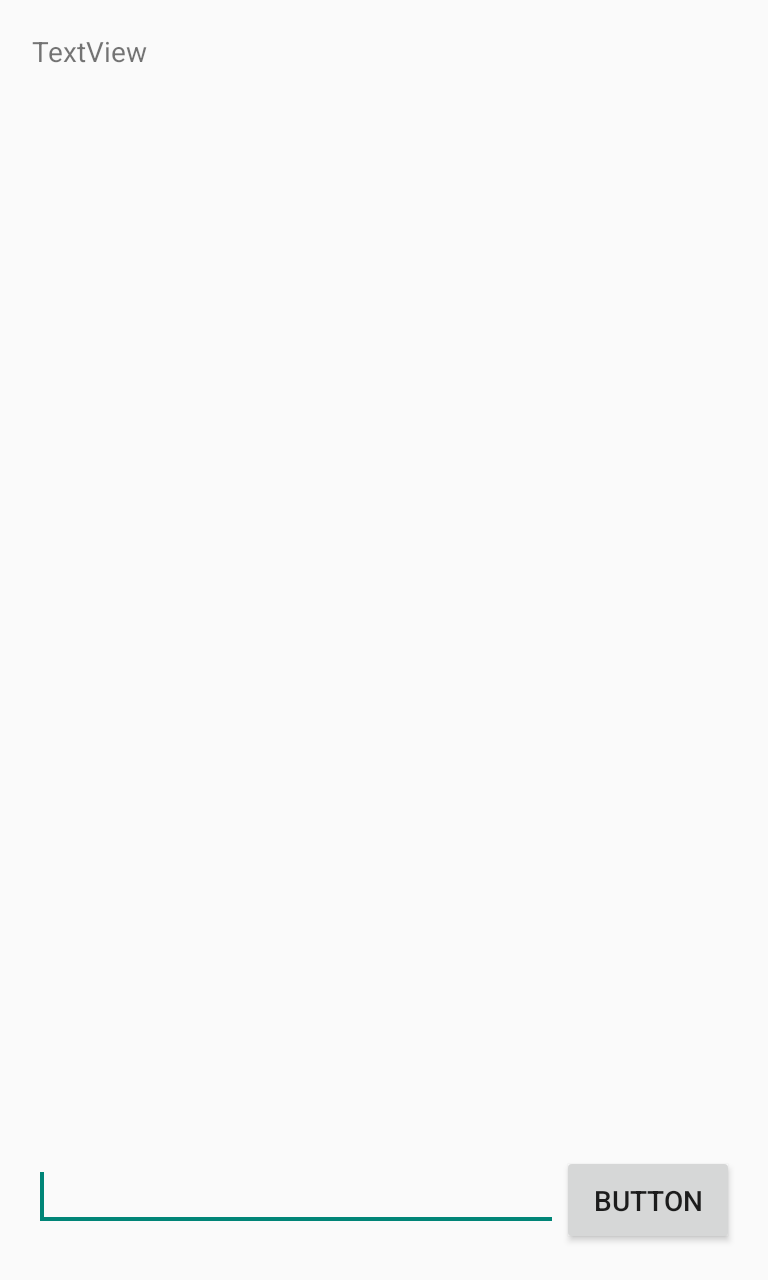
Repository: mg-badman/SPCS11
Layout: softproj_app_final/softwProj/res/layout/activity_main.xml
These files come from the project's save history. The layout is drawn as it stood at one moment and after the next save; the edit follows.
It is drawn on a 768 x 1280 px phone screen (xhdpi) without system bars, with theme AppTheme; the app's code is not run.

Above is the layout before, as saved 2015-06-02 03:34:22.

### softproj_app_final/softwProj/res/layout/activity_main.xml
<RelativeLayout xmlns:android="http://schemas.android.com/apk/res/android"
    xmlns:tools="http://schemas.android.com/tools"
    android:layout_width="match_parent"
    android:layout_height="match_parent"
    android:paddingBottom="@dimen/activity_vertical_margin"
    android:paddingLeft="@dimen/activity_horizontal_margin"
    android:paddingRight="@dimen/activity_horizontal_margin"
    android:paddingTop="@dimen/activity_vertical_margin"
    tools:context="com.test.softwproj.MainActivity" >

    <LinearLayout
        android:layout_width="fill_parent"
        android:layout_height="fill_parent"
        android:layout_alignParentLeft="true"
        android:layout_alignParentTop="true"
        android:orientation="vertical" >

        <TextView
            android:id="@+id/textView1"
            android:layout_width="fill_parent"
            android:layout_height="fill_parent"
            android:layout_weight="1"
            android:text="TextView" />

        <LinearLayout
            android:layout_width="fill_parent"
            android:layout_height="wrap_content">

            <EditText
                android:id="@+id/editText1"
                android:layout_width="wrap_content"
                android:layout_height="wrap_content"
                android:layout_weight="1"
                >

                <requestFocus />
            </EditText>

            <Button
                android:id="@+id/button1"
                android:layout_width="wrap_content"
                android:layout_height="wrap_content"
                android:layout_weight="0"
                android:text="Button" />

        </LinearLayout>

    </LinearLayout>

</RelativeLayout>

Loaded but not shown: softproj_app_final/softwProj/res/values/styles.xml (common file); softproj_app_final/softwProj/res/values-v11/styles.xml (common file); softproj_app_final/softwProj/res/values-v14/styles.xml (common file); softproj_app_final/softwProj/res/values/dimens.xml (common file); softproj_app_final/softwProj/res/values-w820dp/dimens.xml (common file)

After the next save:
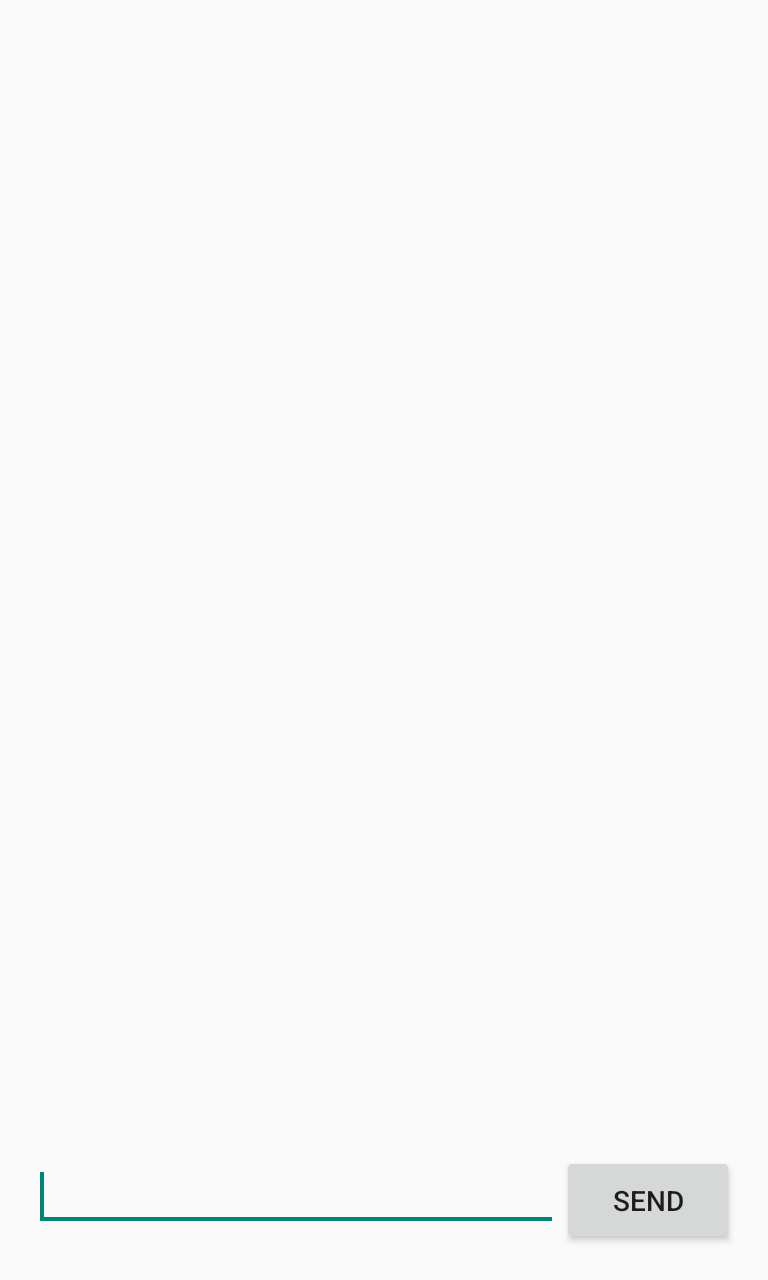
Saved 3 min 17 s later.
--- a/softproj_app_final/softwProj/res/layout/activity_main.xml
+++ b/softproj_app_final/softwProj/res/layout/activity_main.xml
@@ -20,7 +20,7 @@
             android:layout_width="fill_parent"
             android:layout_height="fill_parent"
             android:layout_weight="1"
-            android:text="TextView" />
+            android:text="" />
 
         <LinearLayout
             android:layout_width="fill_parent"
@@ -41,7 +41,7 @@
                 android:layout_width="wrap_content"
                 android:layout_height="wrap_content"
                 android:layout_weight="0"
-                android:text="Button" />
+                android:text="Send" />
 
         </LinearLayout>
 
